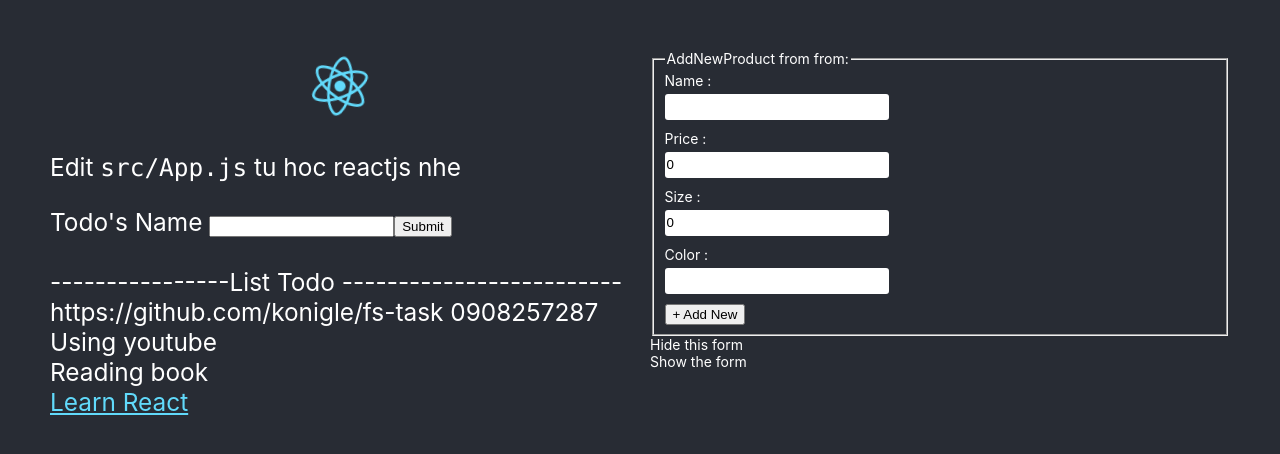
Repository: baothi/learn-reactjs
Page: /
An editor plug-in stored every save of this project. The page is shown before and after the next save, followed by the edit.
The browser window is 1280 px wide. The pictures show the whole page.
The project was rebuilt for these pictures with package versions that can differ from the ones it lists, and the page was loaded fresh each time.

Above is the page before, as saved 2022-10-04 21:43:34.

### src/App.js
import logo from './logo.svg';
import './App.css';
import Home from './componets/Home';
import AddNewProduct from './componets/AddNewProduct';

// function App() {
const App = () => {
  // const x = [1, 2, 3, 4, { name: 'John', age: 36 }] ==> {JSON.stringify(x)}
  const x = "tu hoc reactjs nhe"
  return (
    <div className="App" /*style={{ border: '1px solid red', textTransform: 'uppercase'}}*/ >
      <header className="App-header content-left">
        <div style={{ textAlign: "center" }}>
          <img src={logo} className="App-logo" alt="logo" />
        </div>

        <p>
          Edit <code>src/App.js</code> {x}
          {/* {console.log(x)} */}
        </p>
        <Home />
        <a
          className="App-link"
          href="https://reactjs.org"
          target="_blank"
          rel="noopener noreferrer"
        >
          Learn React
        </a>
      </header>
      <div className='content-right'>
        <AddNewProduct />
      </div>
    </div>
  );
}

export default App;

### src/App.css
.App {
  /* text-align: center; */
  padding: 40px;
  font-size: 14px;
  background-color: #282c34;
  height: calc(100vh - 80px);
  display: flex;
}

.App-logo {
  height: 10vmin;
  pointer-events: none;
}

@media (prefers-reduced-motion: no-preference) {
  .App-logo {
    animation: App-logo-spin infinite 20s linear;
  }
}

.App-header {

  /* min-height: 100vh; */
  /* display: flex;
  flex-direction: column;
  align-items: center; */
  /* justify-content: center; */
  font-size: calc(10px + 2vmin);
  color: white;
}

.App-link {
  color: #61dafb;
}

@keyframes App-logo-spin {
  from {
    transform: rotate(0deg);
  }

  to {
    transform: rotate(360deg);
  }
}

.content-left {
  width: 50%;
  padding: 10px;

}

.content-right {
  width: 50%;
  padding: 10px;
  color: white;
}

.input-product {
  display: flex;
  flex-direction: column;
  justify-content: center;
  gap: 5px;
  margin-bottom: 10px;
}

.input-product input {
  width: 40%;
  height: 24px;
  outline: none;
  border-radius: 3px;
  border: none;
  /* background-color: white;
  color: black; */
}

button {
  cursor: pointer;
}

### src/componets/Home.js
import React, { useState } from 'react';
import _ from 'lodash';
import AddTodo from './AddTodo';
import DisplayTodo from './DisplayTodo';

const Home = () => {
    // const [name, setName] = useState("")
    const [todo, setTodo] = useState("")
    // const hankdleClickBtn = (event, mgs) => {
    //     // console.log(" >> run Hankdle Click ", event.target, " -> ", mgs)
    // }
    const [ListTodo, setListTodo] = useState([
        { id: 'todo1', name: 'https://github.com/konigle/fs-task 0908257287' },
        { id: 'todo2', name: 'Using youtube' },
        { id: 'todo3', name: 'Reading book' }
    ])

    const randomIntFromInterval = (min, max) => {
        return Math.floor(Math.random() * (max - min + 1)) + min
    }


    const hankdleClickBtn = () => {
        if (!todo) {
            alert("Todo's name is not empty")
            return;
        }
        let todoId = randomIntFromInterval(4, 99)
        let todoItem = {
            id: `todo${todoId}`,   // string template
            name: todo
        }
        // cach 1
        let curentTodoList = _.clone(ListTodo);
        curentTodoList.push(todoItem)
        // console.log(" check curentTodoList : ", curentTodoList)
        setListTodo(curentTodoList)
        setTodo("")
        // cach 2
        //setListTodo([...ListTodo, todoItem]) // toan tử ... này là spread operator đây là toán tử copy
    }

    const handleDeleteTodo = (id) => {
        let curentTodoList = _.clone(ListTodo);
        curentTodoList = curentTodoList.filter(item => item.id !== id);
        // curentTodoList = curentTodoList.filter(item => {
        //     if (item.id !== id) return item;
        // });
        setListTodo(curentTodoList);
    }
    const myInfor = { channel: "hoc lap trinh reactjs", age: 25 }

    return (
        <div className="container">

            <div className="row">
                <AddTodo
                    todo={todo}
                    setTodo={setTodo}
                    hankdleClickBtn={hankdleClickBtn}
                />
                <DisplayTodo
                    chilData={ListTodo} // x=u => x <- y
                    name={"bao thi"} // x=u => x <- y
                    myInfor={myInfor} // x=u => x <- y
                    deleteTodoInParent={handleDeleteTodo}
                />

            </div>
        </div>
    )
}

// class Home extends React.Component {

//     // khai báo state
//     state = {
//         name: 'todoList'
//     }
//     render() {
//         return (
//             <div className="container">
//                 <div className="row">

//                     <label>Your Name   </label>
//                     <input type="text" onChange={(event) => this.setState({ name: event.target.value })} />
//                     <br /><br />
//                     helo Todo list with name = {this.state.name}
//                 </div>
//             </div>
//         )
//     }
// }

export default Home;

### src/componets/AddNewProduct.js
import React, { useState } from 'react';
const AddNewProduct = () => {
    const [name, setName] = useState("")
    const [price, setPrice] = useState(0)
    const [size, setSize] = useState(0)
    const [color, setColor] = useState("")

    const [isShowDetail, setIsShowDetail] = useState(true)

    const handleClickBtn = () => {
        console.log(" >> run Hankdle Click ", name, price, size, color)
    }

    const handleHideShow = () => {
        setIsShowDetail(false)
    }

    return (
        <div>
            <fieldset>
                <legend>AddNewProduct from from:</legend>
                <div className="input-product">
                    <label>Name : </label>
                    <input value={name} type="text" onChange={(event) => setName(event.target.value)} />
                </div>
                <div className="input-product">
                    <label>Price : </label>
                    <input value={price} type="text" onChange={(event) => setPrice(event.target.value)} />
                </div>
                <div className="input-product">
                    <label>Size : </label>
                    <input value={size} type="text" onChange={(event) => setSize(event.target.value)} />
                </div>
                <div className="input-product">
                    <label>Color : </label>
                    <input value={color} type="text" onChange={(event) => setColor(event.target.value)} />
                </div>
                <div>
                    <button onClick={() => handleClickBtn()}>+ Add New</button>
                </div>
            </fieldset>
            {
                isShowDetail === true && <div onClick={() => { handleHideShow() }}>Hide this form</div>
            }
            {
                isShowDetail === true && <div>Show the form</div>
            }
        </div>
    )
}

export default AddNewProduct

### src/componets/AddTodo.js

const AddTodo = (props) => {
    const { todo, setTodo, hankdleClickBtn } = props
    return (
        <div>
            <label>Todo's Name   </label>
            {/* <input value={name} type="text"
                    onChange={(event) => {
                        // console.log("event.target : ", event)
                        setName(event.target.value)
                    }
                    } /> */}

            <input value={todo} type="text"
                onChange={(event) => {
                    // console.log("event.target : ", event)
                    setTodo(event.target.value)
                }
                } />
            {/* <button type="button" onClick={() => {
                    hankdleClickBtn("event", 'buttonClick')
                }}>Submit</button> */}
            <button type="button" onClick={() => {
                hankdleClickBtn()
            }}>Submit</button>



            <br /><br />
        </div>
    )
}
export default AddTodo

### src/componets/DisplayTodo.js

const DisplayTodo = (props) => {
    const deleteTodoFromChild = (id) => {
        props.deleteTodoInParent(id)
    }

    const ListTodo = props.chilData;
    return (
        <div>
            <div> ----------------List Todo ------------------------- </div>
            {ListTodo.map((item, index) => {
                // console.log("check item: ", item, " index: ", index, "id ", item.id)
                return (
                    <div id={item.id} key={item.id} onClick={() => deleteTodoFromChild(item.id)}>{item.name}</div>
                )
            })}
        </div>
    )
}

export default DisplayTodo;

Loaded but not shown: public/index.html (common file); src/index.js (common file); src/index.css (common file); src/reportWebVitals.js (common file)

After the next save:
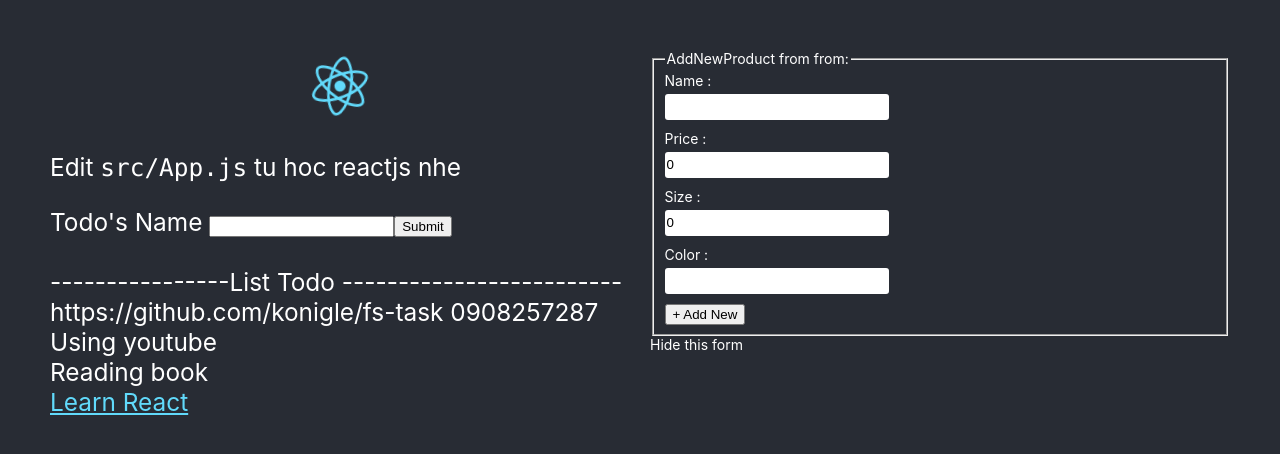
Saved 40 s later.
--- a/src/componets/AddNewProduct.js
+++ b/src/componets/AddNewProduct.js
@@ -43,7 +43,7 @@
                 isShowDetail === true && <div onClick={() => { handleHideShow() }}>Hide this form</div>
             }
             {
-                isShowDetail === true && <div>Show the form</div>
+                isShowDetail === false && <div>Show the form</div>
             }
         </div>
     )
